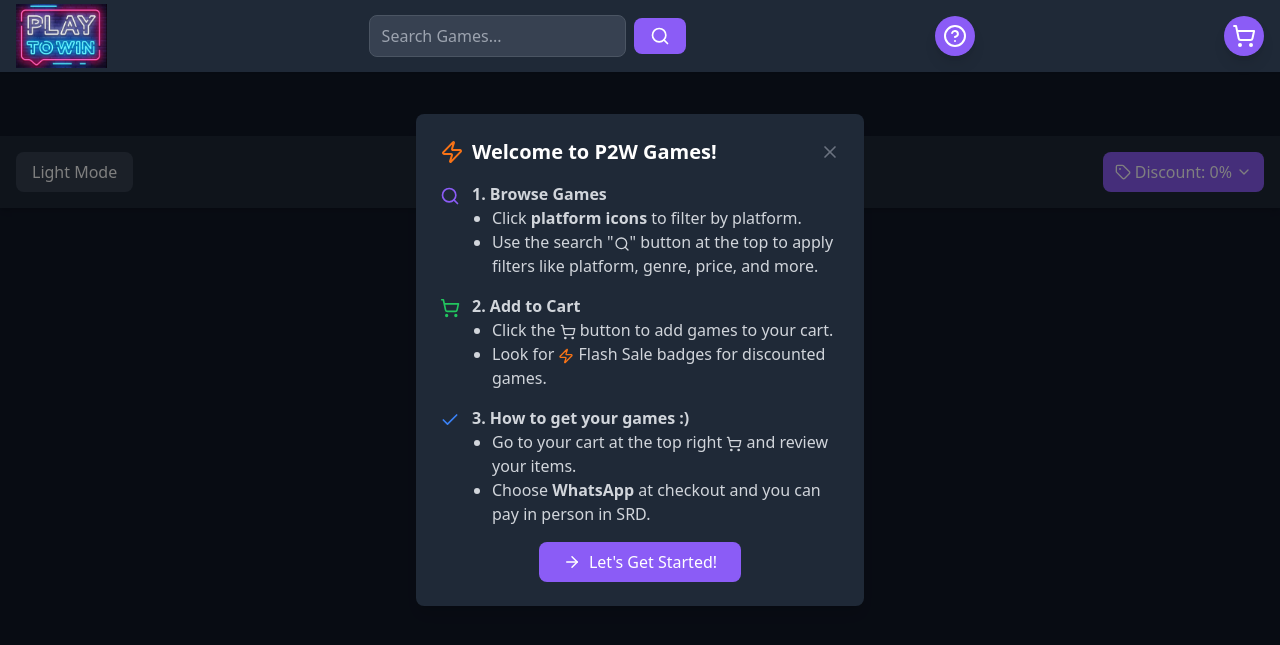
Repository: Play2Win777/P2W-Superbase
Page: /
The author's editor kept a copy of each file at every save. The page is drawn from the files as they stood at one save, then again after the next save.
The browser window is 1280 px wide. The pictures show the whole page.
The page's requests for data from a server got no answer. The project was rebuilt for these pictures with package versions that can differ from the ones it lists, and the page was loaded fresh each time. No one was signed in, and anything a server would have sent is missing. Also part of the build but not shown: vite.config.ts, src/components/Filters.tsx, src/components/GameCard.tsx, src/components/FlashSaleBadge.tsx, src/pages/GameDetails.tsx, src/pages/Checkout.tsx, src/pages/FlashSalePage.tsx, src/components/Toast.tsx.

Above is the page before, as saved 2025-03-18 02:50:26.

### index.html
<!doctype html>
<html lang="en">
  <head>
    <meta charset="UTF-8" />
    <link rel="icon" type="image/svg+xml" href="/vite.svg" />
    <meta name="viewport" content="width=device-width, initial-scale=1.0" />
    <title>P2W Games</title>
  </head>
  <body>
    <div id="root"></div>
    <script type="module" src="/src/main.tsx"></script>
  </body>
</html>

### src/main.tsx
import { StrictMode } from 'react';
import { createRoot } from 'react-dom/client';
import App from './App.tsx';
import './index.css';

// Add Storylane script dynamically
//const script = document.createElement('script');
//script.src = 'https://js.storylane.io/js/v2/storylane.js';
//script.async = true;
//document.head.appendChild(script);

createRoot(document.getElementById('root')!).render(
  <StrictMode>
    <App />
  </StrictMode>
);

### src/App.tsx
// App.tsx (Updated Tooltip Positioning)
import React, { useEffect, useState } from 'react';
import { BrowserRouter as Router, Routes, Route, useNavigate, useLocation } from 'react-router-dom';
import { Search, Zap, X, ShoppingCart, Filter, ArrowRight, Check, HelpCircle } from 'lucide-react'; // Added HelpCircle icon
import { fetchGames } from './api';
import { useStore } from './store';
import { Filters } from './components/Filters';
import { GameCard } from './components/GameCard';
import { Cart } from './components/Cart';
import { GameDetails } from './pages/GameDetails';
import { Checkout } from './pages/Checkout';
import { FlashSalePage } from './pages/FlashSalePage';
import { DiscountPopup } from './components/DiscountPopup';
import { ThemeContext } from './context/ThemeContext';
import { Toast } from './components/Toast';

// IntroModal Component
const IntroModal = ({ isOpen, onClose }) => {
  if (!isOpen) return null;

  return (
    <div className="fixed inset-0 bg-black/50 flex items-center justify-center p-4 z-50">
      <div className="bg-white dark:bg-gray-800 p-6 rounded-lg max-w-md shadow-lg">
        {/* Modal Header */}
        <div className="flex justify-between items-center mb-4">
          <h2 className="text-xl font-bold dark:text-white flex items-center gap-2">
            <Zap size={24} className="text-orange-500" />
            Welcome to P2W Games!
          </h2>
          <button
            onClick={onClose}
            className="text-gray-500 hover:text-gray-700 dark:hover:text-gray-300"
          >
            <X size={20} />
          </button>
        </div>

        {/* Modal Body */}
        <div className="text-gray-700 dark:text-gray-300 space-y-4">
          {/* Step 1: Browse Games */}
          <div className="flex items-start gap-3">
            <Search size={20} className="flex-shrink-0 mt-1 text-purple-500" />
            <div>
              <p className="font-semibold">1. Browse Games</p>
              <ul className="list-disc pl-5">
                <li>Click <strong>platform icons</strong> to filter by platform.</li>
                <li>Use the search "<Search size={16} className="inline" />" button at the top to apply filters like platform, genre, price, and more.</li>
              </ul>
            </div>
          </div>

          {/* Step 2: Add to Cart */}
          <div className="flex items-start gap-3">
            <ShoppingCart size={20} className="flex-shrink-0 mt-1 text-green-500" />
            <div>
              <p className="font-semibold">2. Add to Cart</p>
              <ul className="list-disc pl-5">
                <li>Click the <ShoppingCart size={16} className="inline" /> button to add games to your cart.</li>
                <li>Look for <Zap size={16} className="inline text-orange-500" /> Flash Sale badges for discounted games.</li>
              </ul>
            </div>
          </div>

          {/* Step 3: Checkout */}
          <div className="flex items-start gap-3">
            <Check size={20} className="flex-shrink-0 mt-1 text-blue-500" />
            <div>
              <p className="font-semibold">3. How to get your games :)</p>
              <ul className="list-disc pl-5">
                <li>Go to your cart at the top right <ShoppingCart size={16} className="inline" /> and review your items.</li>
                <li>Choose <strong>WhatsApp</strong> at checkout and you can pay in person in SRD.</li>
              </ul>
            </div>
          </div>

          {/* Call to Action */}
          <div className="mt-4 flex justify-center">
            <button
              onClick={onClose}
              className="bg-purple-500 text-white px-6 py-2 rounded-lg hover:bg-purple-600 transition-colors flex items-center gap-2"
            >
              <ArrowRight size={18} />
              Let's Get Started!
            </button>
          </div>
        </div>
      </div>
    </div>
  );
};

// SEARCH BAR COMPONENT
const SearchBar = () => {
  const {
    games,
    searchGames,
    setFilteredGames,
    setCurrentPage
  } = useStore();
  const [searchTerm, setSearchTerm] = useState('');
  const navigate = useNavigate();
  const location = useLocation();

  const handleSearch = (e) => {
    const term = e.target.value;
    setSearchTerm(term);

    if (searchGames) {
      searchGames(term);
    } else {
      if (!term.trim()) {
        setFilteredGames(games);
      } else {
        const results = games.filter(game =>
          game.Game_Title.toLowerCase().includes(term.toLowerCase())
        );
        setFilteredGames(results);
      }
    }

    // Reset to first page when searching
    setCurrentPage(1);

    // If user is not on the home page and they've typed at least 2 characters, navigate to home
    if (location.pathname !== '/' && term.length >= 2) {
      navigate('/');
    }
  };

  return (
    <input
      type="text"
      placeholder="Search Games..."
      value={searchTerm}
      onChange={handleSearch}
      className="w-full px-3 py-2 border rounded-lg text-gray-900 dark:bg-gray-700 dark:text-white dark:border-gray-600"
    />
  );
};

// FOOTER COMPONENT
const Footer = ({ toggleDarkMode, darkMode }) => {
  return (
    <footer className="bg-white dark:bg-gray-800 shadow-md mt-8 py-4 overflow-visible">
      <div className="container mx-auto px-4 flex items-center justify-between">
        {/* Dark Mode Toggle on the left */}
        <button
          onClick={toggleDarkMode}
          className="bg-gray-200 dark:bg-gray-700 text-gray-900 dark:text-white px-4 py-2 rounded-lg whitespace-nowrap"
        >
          {darkMode ? (
            <span>Light Mode</span>
          ) : (
            <span>Dark Mode</span>
          )}
        </button>

        {/* Add DiscountPopup button to the footer */}
        <div className="ml-4">
          <DiscountPopup />
        </div>
      </div>
    </footer>
  );
};

function App() {
  const {
    games,
    filteredGames,
    currentPage,
    setGames,
    setFilteredGames,
    setCurrentPage,
    showFilters,
    setShowFilters,
    filters,
    toastMessage,
    toastDiscountInfo,
  } = useStore();

  const [darkMode, setDarkMode] = useState(true);
  const [isScrolling, setIsScrolling] = useState(false);
  const [showIntroModal, setShowIntroModal] = useState(false);

  // Show intro modal on first visit
  useEffect(() => {
    const hasSeenIntro = localStorage.getItem('hasSeenIntro');
    if (!hasSeenIntro) {
      setShowIntroModal(true);
      localStorage.setItem('hasSeenIntro', 'true');
    }
  }, []);

  useEffect(() => {
    const loadGames = async () => {
      const fetchedGames = await fetchGames();
      const randomizedGames = [...fetchedGames].sort(() => Math.random() - 0.5);
      setGames(randomizedGames);
      setFilteredGames(randomizedGames);
    };

    loadGames();
  }, [setGames, setFilteredGames]);

  useEffect(() => {
    if (darkMode) {
      document.documentElement.classList.add('dark');
    } else {
      document.documentElement.classList.remove('dark');
    }
  }, [darkMode]);

  const toggleDarkMode = () => {
    setDarkMode((prev) => !prev);
  };

  const toggleFilters = () => {
    setShowFilters(!showFilters);
    if (!showFilters) {
      setIsScrolling(false);
      window.scrollTo({ top: 0, behavior: 'smooth' });
      setTimeout(() => {
        setIsScrolling(true);
      }, 1000);
    }
  };

  const gamesPerPage = 12;
  const paginatedGames = filteredGames.slice(0, currentPage * gamesPerPage);
  const hasMore = paginatedGames.length < filteredGames.length;

  const themeValue = {
    darkMode,
    toggleDarkMode: () => setDarkMode(prev => !prev)
  };

  return (
    <ThemeContext.Provider value={themeValue}>
      <Router>
        <div className={`min-h-screen ${darkMode ? 'bg-gray-900' : 'bg-gray-50'}`}>
          {/* Intro Modal */}
          <IntroModal
            isOpen={showIntroModal}
            onClose={() => setShowIntroModal(false)}
          />

          {/* Toast */}
          {toastMessage && (
            <Toast
              message={toastMessage}
              discountInfo={toastDiscountInfo || undefined}
            />
          )}

          <header className="bg-white dark:bg-gray-800 shadow-sm sticky top-0 z-50">
            <div className="container mx-auto px-4 py-1">
              <div className="flex justify-between items-center">
                <div className="flex items-center gap-2">
                  <h1
                    onClick={() => window.location.href = '/'}
                    className="text-2xl font-bold text-gray-900 dark:text-white whitespace-nowrap cursor-pointer flex items-center"
                  >
                    <img src="/assets/icons/p2wlogo.png" alt="Play 2 Win" className="h-16 mr-3" />
                  </h1>
                </div>

                <div className="flex items-center w-1/2 md:w-auto">
                  <div className="mr-2 flex-grow">
                    <SearchBar />
                  </div>
                  <button
                    onClick={toggleFilters}
                    className="bg-purple-500 hover:bg-purple-600 text-white font-bold py-2 px-4 rounded-lg flex items-center"
                  >
                    <Search className="h-5 w-5" />
                  </button>
                </div>

                <button
                  onClick={() => setShowIntroModal(true)}
                  className="p-2 bg-purple-500 text-white rounded-full hover:bg-purple-600 transition-colors shadow-lg relative group"
                >
                  <HelpCircle size={24} />
                  <div className="absolute top-full left-1/2 transform -translate-x-1/2 mt-2 px-2 py-1 bg-gray-800 text-white text-sm rounded opacity-0 group-hover:opacity-100 transition-opacity whitespace-nowrap z-50">
                    How it works
                  </div>
                </button>

                <Cart className="hidden md:block" />
              </div>
            </div>
          </header>

          <Routes>
            <Route
              path="/"
              element={
                <main className="container mx-auto px-4 py-4">
                  {showFilters && (
                    <div className="mb-6">
                      <Filters />
                    </div>
                  )}

                  <div className="grid grid-cols-1 sm:grid-cols-2 lg:grid-cols-2 xl:grid-cols-3 gap-6 mt-0">
                    {paginatedGames.map((game) => (
                      <GameCard key={game.id} game={game} />
                    ))}
                  </div>
                  {hasMore && (
                    <div className="mt-8 text-center">
                      <button
                        onClick={() => setCurrentPage(currentPage + 1)}
                        className="bg-purple-500 text-white px-6 py-2 rounded-lg hover:bg-purple-600 transition-colors"
                      >
                        Load More Games
                      </button>
                    </div>
                  )}
                </main>
              }
            />
            <Route path="/game/:id" element={<GameDetails />} />
            <Route path="/checkout" element={<Checkout />} />
            <Route path="/flash-sale" element={<FlashSalePage />} />
          </Routes>

          <Footer toggleDarkMode={themeValue.toggleDarkMode} darkMode={darkMode} />
        </div>
      </Router>
    </ThemeContext.Provider>
  );
}

export default App;

### src/index.css
@tailwind base;
@tailwind components;
@tailwind utilities;


@layer components {
 /* Base neon border effect with a rotating conic-gradient */
 .neon-border {
 position: relative;
 border-radius: 0.5rem; /* adjust to match your element's rounding */
 overflow: hidden; /* hide overflowing pseudo-element */
 z-index: 0;
 }

 .neon-border::before {
 content: "";
 position: absolute;
 inset: 0; /* cover the entire element */
 border-radius: inherit;
 padding: 2px; /* controls the border thickness */
 /* Conic-gradient creates a neon green effect with transparent gaps */
 background: conic-gradient(from 0deg, #39FF14, transparent 20%, transparent 80%, #39FF14);
 /* Mask to show the gradient only on the border (uses the padding area) */
 -webkit-mask: linear-gradient(white, white) content-box, linear-gradient(white, white);
 -webkit-mask-composite: destination-out;
 mask-composite: exclude;
 pointer-events: none;
 z-index: -1;
 transform-origin: center;
 animation: spin 6s linear infinite;
 }

 /* Additional neon effects – add these classes together with .neon-border as needed */

 /* Neon Pulse: gently scales and fades the element */
 .neon-pulse {
 position: relative;
 animation: pulse 2s ease-in-out infinite;
 }

 /* Neon Flicker: simulates a quick flicker */
 .neon-flicker {
 position: relative;
 animation: flicker 1.5s linear infinite;
 }

 /* Neon Wiggle: adds a slight rotational movement */
 .neon-wiggle {
 position: relative;
 animation: wiggle 0.6s ease-in-out infinite;
 }

 /* Neon Dash: animates background movement (can be combined with a background property) */
 .neon-dash {
 position: relative;
 /* For this effect, you might want to set a background that works with the animation */
 background: repeating-linear-gradient(
 45deg,
 #39FF14,
 #39FF14 10px,
 transparent 10px,
 transparent 20px
 );
 animation: dash 4s linear infinite;
 }


 /* Icon Container Style */
 .gamecard-icon-container {
 width: 5em; /* Adjust as needed */
 height: 2em; /* Adjust as needed */
 display: flex;
 align-items: center;
 justify-content: center;
 }
}


/* Keyframes Definitions */


/* Spin keyframe for the neon-border effect */
@keyframes spin {
 from {
 transform: rotate(0deg);
 }
 to {
 transform: rotate(360deg);
 }
}


/* Pulse keyframe: subtle scale and opacity changes */
@keyframes pulse {
 0%,
 20% {
 transform: scale(1);
 opacity: 1;
 }
 50% {
 transform: scale(1.1);
 opacity: 0.8;
 }
 100% {
 transform: scale(1);
 opacity: 1;
 }
}


/* Flicker keyframe: creates random opacity changes for a flickering effect */
@keyframes flicker {
 0%,
 100% {
 opacity: 1;
 }
 30% {
 opacity: 0.5;
 }
 50% {
 opacity: 0.8;
 }
 70% {
 opacity: 0.3;
 }
}


/* Wiggle keyframe: rotates the element slightly back and forth */
@keyframes wiggle {
 0% {
 transform: rotate(0deg);
 }
 25% {
 transform: rotate(5deg);
 }
 75% {
 transform: rotate(-5deg);
 }
 100% {
 transform: rotate(0deg);
 }
}


/* Dash keyframe: moves the background for a dynamic dashed look */
@keyframes dash {
 0% {
 background-position: 0 0;
 }
 100% {
 background-position: 100% 0;
 }
}

### src/api.ts
import { createClient } from '@supabase/supabase-js';
import { Game } from './types';

const supabase = createClient(
  import.meta.env.VITE_SUPABASE_URL,
  import.meta.env.VITE_SUPABASE_KEY
);

export const fetchGames = async (): Promise<Game[]> => {
  const { data, error } = await supabase
    .from('Games')
    .select(`
      id,
      Game_Title,
      Platform,
      Genre,
      Sub_Genre,
      Age_Rating,
      Max_Offline_Players,
      Game_Modes,
      Developer,
      Release_Year,
      Price_to_Sell_For,
      Metacritic_Score,
      User_Score,
      Short_Description,
      Key_Features,
      Unique_Selling_Point,
      image_url_medium,
      Youtube_link
    `);

  if (error) {
    console.error('Supabase error:', error);
    return [];
  }

  return data as Game[];
};

### src/components/DiscountPopup.tsx
import React, { useState, useRef, useEffect } from 'react';
import { Tag, ChevronDown } from 'lucide-react';
import { useStore } from '../store';

export const DiscountPopup: React.FC = () => {
  const { cart } = useStore();
  const [isOpen, setIsOpen] = useState(false);
  const popupRef = useRef<HTMLDivElement>(null);

  // Count total items including quantities
  const itemCount = cart.reduce((total, item) => total + item.quantity, 0);
  let discountTier = "0%";
  let nextTier = "";
  let progress = 0;

  if (itemCount >= 5) {
    discountTier = "20%";
    progress = 100;
    nextTier = "Maximum discount achieved!";
  } else if (itemCount >= 3) {
    discountTier = "10%";
    nextTier = "Buy 2 more for 20% off!";
    progress = 60;
  } else if (itemCount >= 2) {
    discountTier = "5%";
    nextTier = "Buy 1 more for 10% off!";
    progress = 40;
  } else if (itemCount >= 1) {
    discountTier = "0%";
    nextTier = "Buy 1 more for 5% off!";
    progress = 20;
  } else {
    nextTier = "Buy your first game!";
  }

  // Close the popup when clicking outside
  useEffect(() => {
    const handleClickOutside = (event: MouseEvent) => {
      if (popupRef.current && !popupRef.current.contains(event.target as Node)) {
        setIsOpen(false);
      }
    };

    document.addEventListener('mousedown', handleClickOutside);
    return () => {
      document.removeEventListener('mousedown', handleClickOutside);
    };
  }, []);

  return (
    <div className="relative" ref={popupRef}>
      <button
        onClick={() => setIsOpen(!isOpen)}
        className="inline-flex items-center text-white bg-purple-500 hover:bg-purple-600 px-3 py-2 rounded-lg transition-colors"
      >
        <Tag size={16} className="mr-1" />
        <span className="mr-1">Discount: {discountTier}</span>
        <ChevronDown size={16} className={`transition-transform ${isOpen ? 'rotate-180' : ''}`} />
      </button>

      {isOpen && (
        <div className="absolute bottom-full right-0 mb-2 z-50 bg-white dark:bg-gray-800 rounded-lg shadow-lg p-4 w-64">
          <h3 className="text-lg font-bold text-gray-900 dark:text-white mb-2">Volume Discount</h3>
          <div className="w-full bg-gray-200 dark:bg-gray-700 rounded-full h-2.5 mb-2">
            <div className="bg-purple-500 h-2.5 rounded-full" style={{ width: `${progress}%` }}></div>
          </div>
          <p className="text-sm text-gray-700 dark:text-gray-300">{nextTier}</p>
          <div className="mt-3 text-xs text-gray-600 dark:text-gray-400">
            <p>• 2 games: 5% off</p>
            <p>• 3 games: 10% off</p>
            <p>• 5+ games: 20% off</p>
          </div>
        </div>
      )}
    </div>
  );
};

### src/context/ThemeContext.tsx

 // src/context/ThemeContext.tsx
 import { createContext, useContext } from 'react';


 type ThemeContextType = {
  darkMode: boolean;
  toggleDarkMode: () => void;
 };


 export const ThemeContext = createContext<ThemeContextType>({
  darkMode: false,
  toggleDarkMode: () => {},
 });


 export const useTheme = () => useContext(ThemeContext);

### src/utils/gameHelpers.ts
// utils/gameHelpers.ts
export const isFlashSaleEligible = (game: any): boolean => {
  if (!game) return false;

  // Games with Metacritic score > 85 are eligible for flash sale
  // You can customize this logic based on your requirements
  return game.Metacritic_Score && parseInt(game.Metacritic_Score) < 70;
};

Loaded but not shown: tailwind.config.js (25 lines, source omitted); src/components/Cart.tsx (247 lines, source omitted); src/store.ts (234 lines, source omitted)

After the next save:
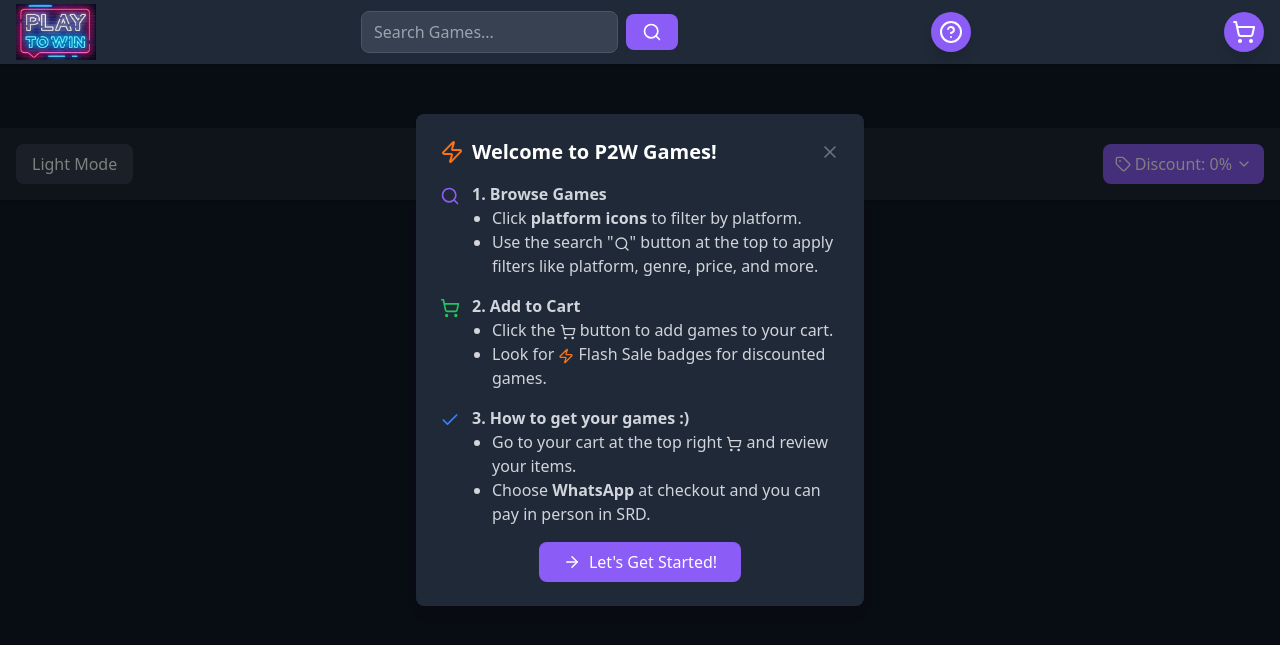
Saved 3 h 12 min later.
--- a/src/App.tsx
+++ b/src/App.tsx
@@ -261,7 +261,7 @@ function App() {
                     onClick={() => window.location.href = '/'}
                     className="text-2xl font-bold text-gray-900 dark:text-white whitespace-nowrap cursor-pointer flex items-center"
                   >
-                    <img src="/assets/icons/p2wlogo.png" alt="Play 2 Win" className="h-16 mr-3" />
+                    <img src="/assets/icons/p2wlogo.png" alt="Play 2 Win" className="h-14 mr-3" />
                   </h1>
                 </div>
 
